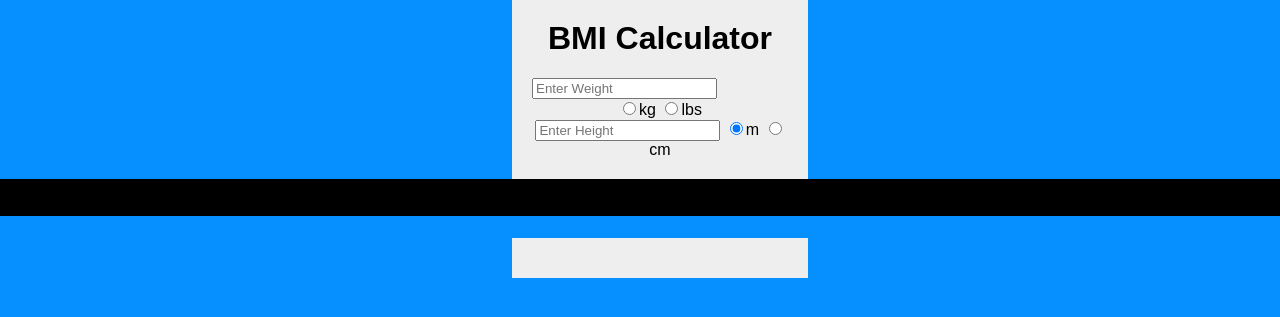
Repository: shayanabedi98/bmi-calculator
Page: index.html
An editor plug-in stored every save of this project. The page is shown before and after the next save, followed by the edit.
The browser window is 1280 px wide. The pictures show the whole page.

Above is the page before, as saved 2023-07-24 13:43:10.

### index.html
<!DOCTYPE html>
<html lang="en">
<head>
    <meta charset="UTF-8">
    <meta name="viewport" content="width=device-width, initial-scale=1.0">
    <title>BMI Calculator</title>
    <link rel="stylesheet" href="styles.css">
</head>
<body>
    <div class="card">
        <div class="bmi-calculator">
            <h1>BMI Calculator</h1>
            <div class="weight">
                <input type="number" placeholder="Enter Weight">
                <input type="radio" name="weight" checked><span>kg</span>
                <input type="radio" name="weight"><span>lbs</span>
            </div>
            <div class="height">
                <input type="number" placeholder="Enter Height">
                <input type="radio" name="weight" checked><span>m</span>
                <input type="radio" name="weight"><span>cm</span>
            </div>
        </div>
    </div>
    <div class="test">
        <h1>father</h1>
    </div>
    <div class="card">
        <div class="bmi-chart">

        </div>
    </div>
</body>
</html>

### styles.css
body {
    background-color: #068FFF;
    font-family: sans-serif;
    text-align: center;
    padding: 0;
    margin: 0;
}

.card {
    background-color: #EEEEEE;
    padding: 20px;
    width: 20%;
    margin-left: 40%;
}

.weight {
    display: block;
}

.weight input[type='number'] {
    display: block;
}

h1 {
    margin-top: 0;
}

.test {
    background-color: black;
}

After the next save:
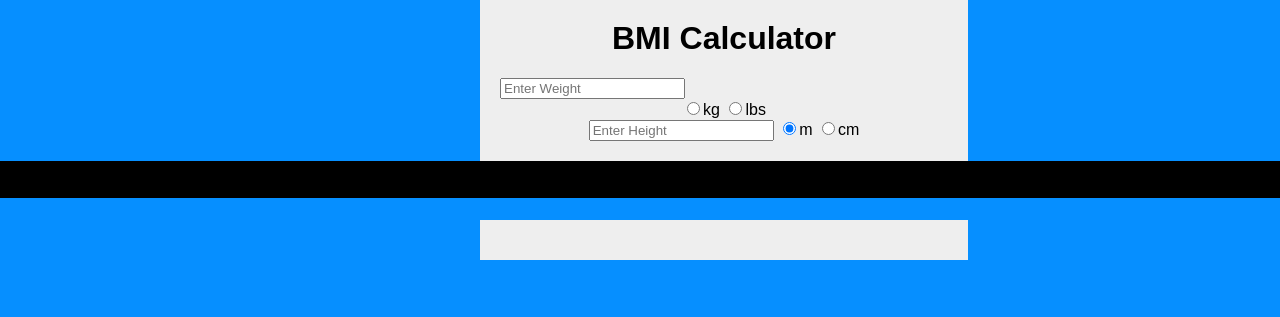
Saved 14 s later.
--- a/styles.css
+++ b/styles.css
@@ -9,8 +9,8 @@ body {
 .card {
     background-color: #EEEEEE;
     padding: 20px;
-    width: 20%;
-    margin-left: 40%;
+    width: 35%;
+    margin-left: 37.5%;
 }
 
 .weight {
